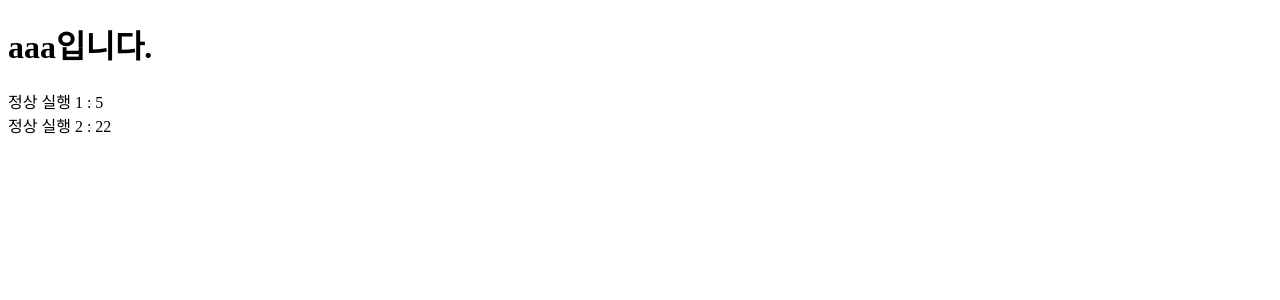
Repository: hjh5217/newJSP
Page: http://localhost/jspProj/err/aaa.jsp
An editor plug-in stored every save of this project. The page is shown before and after a run of saves, followed by the edit.
The browser window is 1280 px wide. The pictures show the whole page.
The page is served by Tomcat 9. Nobody is signed in. The application's start-up code is not run.

Above is the page before, as saved 2023-07-26 01:11:01.

After the next 2 saves:
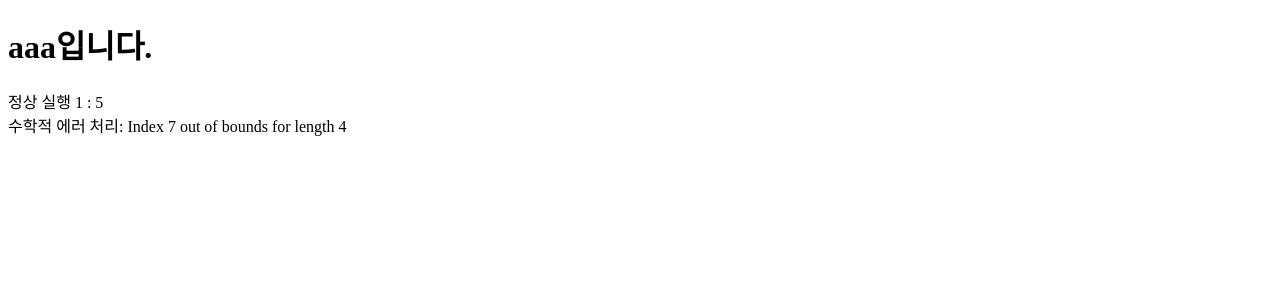
The 2 saves are shown as one change because 1 did not build or start.
The last was saved 3 min 5 s later.
--- a/jspProj/src/main/webapp/err/aaa.jsp
+++ b/jspProj/src/main/webapp/err/aaa.jsp
@@ -13,10 +13,14 @@ try{
 	int a = 10/2;
 	out.println("정상 실행 1 : "+a+"<br/>");
 	int [] arr = {11,22,33,44};
-	out.println("정상 실행 2 : "+arr[1]+"<br/>");
+	out.println("정상 실행 2 : "+arr[7]+"<br/>");
 }catch(ArithmeticException e){
 	out.println("수학적 에러 처리: "+ e.getMessage());
+}catch(ArrayIndexOutOfBoundsException e){
+	out.println("수학적 에러 처리: "+ e.getMessage());
 }
+
+
 %>
 </body>
 </html>
